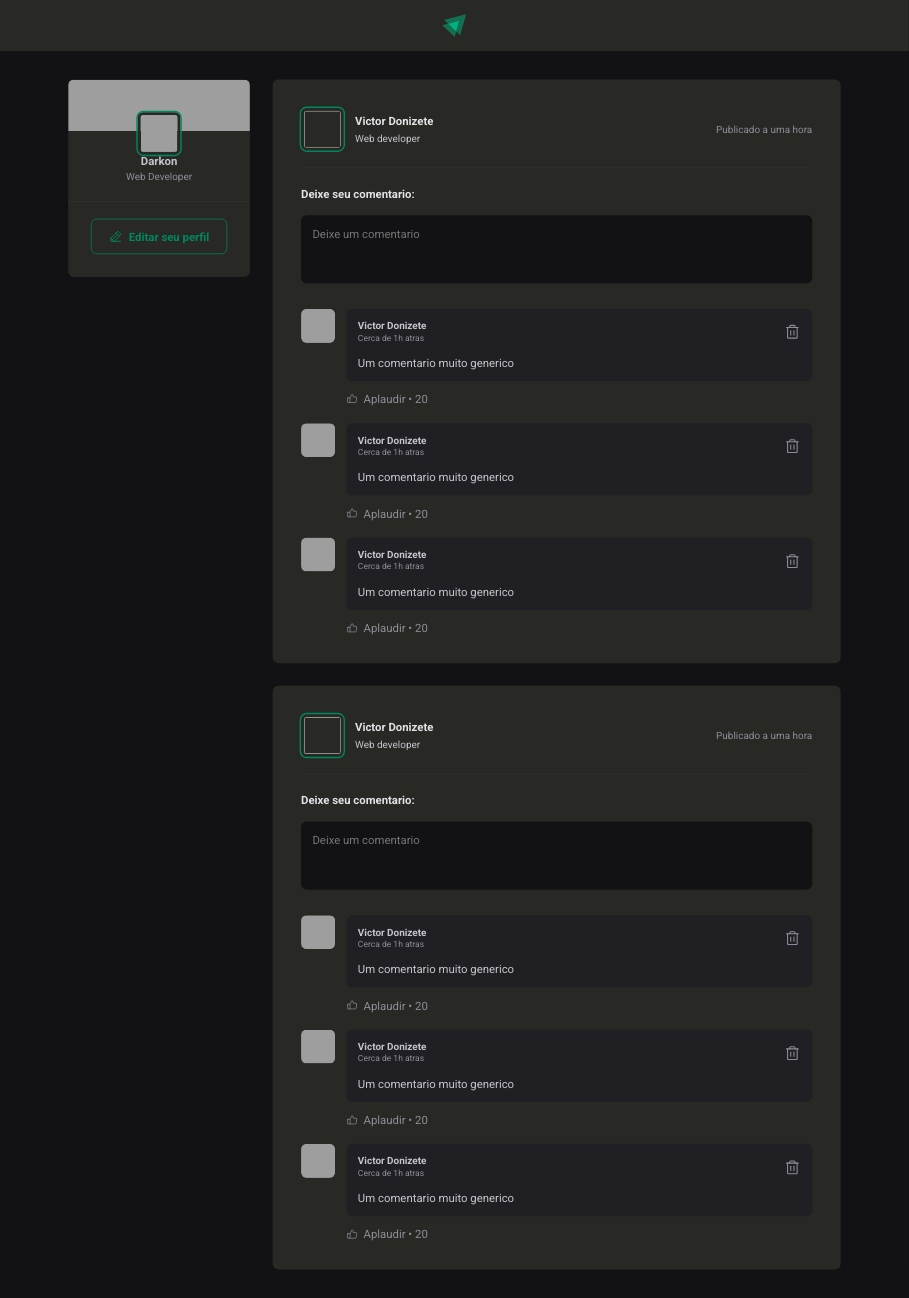
Repository: viviij/PseudoRedeSocial
Page: /
These files come from the project's save history. The page is drawn as it stood at one moment and after the next save; the edit follows.
The browser window is 1280 px wide. The pictures show the whole page, at 71% of full size.
Pictures or frames that could not be fetched are drawn as grey boxes. The project was rebuilt for these pictures with package versions that can differ from the ones it lists, and the page was loaded fresh each time. Also part of the build but not shown: vite.config.js.

Above is the page before, as saved 2022-10-17 14:23:02.

### index.html
<!DOCTYPE html>
<html lang="en">
  <head>
    <meta charset="UTF-8" />
    <link rel="preconnect" href="https://fonts.googleapis.com">
    <link rel="preconnect" href="https://fonts.gstatic.com" crossorigin>
    <link rel="icon" type="image/svg+xml" href="/vite.svg" />
    <meta name="viewport" content="width=device-width, initial-scale=1.0" />
    <link href="https://fonts.googleapis.com/css2?family=Roboto:wght@400;700&display=swap" rel="stylesheet">
    <title>RedeSocial</title>
  </head>
  <body>
    <div id="root"></div>
    <script type="module" src="/src/main.jsx"></script>
  </body>
</html>

### src/App.jsx
import { Header } from "./components/header";
import { Sidebar } from "./components/Sidebar"
import { Post } from "./components/Post"

import styles from "./App.module.css"
import "./global.css"

const posts = [
  {
    id: 1,
    author: {
      avatarUrl: 'https://github.com/viviij.png',
      name: 'Victor Donizete',
      role: 'Vagabundo'
    },
    content: [
      {type: 'paragraph', content:  'In today`s post, we provide an update on the technical investigations we`ve undertaken in  the last year and shar'},
      {type: 'paragraph', content: 'our evolving vision for Hytale. Plus: a peek at the changing face'},
      {type: 'paragraph', content: 'of Orbis, powerful new tools, and more! ☀️'},
      {type: 'link', content: 'https://hytale.com/news/2022/7/summer-2022-development-update'},
    ],
    publishedAt: new Date('2022-10-15 20:00:00'),
  },

  {
    id: 2,
    author: {
      avatarUrl: 'https://github.com/pato.png',
      name: 'Pato Patilino',
      role: 'CEO PatosAFEF'
    },
    content: [
      {type: 'paragraph', content:  'In today`s post, we provide an update on the technical investigations we`ve undertaken in  the last year and shar'},
      {type: 'paragraph', content: 'our evolving vision for Hytale. Plus: a peek at the changing face'},
      {type: 'paragraph', content: 'of Orbis, powerful new tools, and more! ☀️'},
      {type: 'link', content: 'https://hytale.com/news/2022/7/summer-2022-development-update'},
    ],
    publishedAt: new Date('2022-10-17 20:00:00'),
  }
]

export function App() {
  return (
    <div>
      <Header />

      <div className={styles.wrapper}>
        <Sidebar />
        <main>
          {posts.map(post => {
            return (
            <Post
              author={post.author}
              content={post.content}
              publishedAt={post.publishedAt}

            />
          )
          })}
        </main>
      </div>
    </div>
  )
}

### src/components/header.jsx
import styles from "./Header.module.css"

import IgniteLogo from '../assets/IgniteLogo.svg'

export function Header() {
  return (
    <header className={styles.header}>
      <img src={IgniteLogo} alt="Logo da ignite" />
    </header>
  )
}

### src/components/Sidebar.jsx
import styles from "./Sidebar.module.css"
import { PencilLine } from "phosphor-react"
import { Avatar } from "./Avatar"

export function Sidebar() {
  return (
    <aside className={styles.sidebar}>
      <img
        className={styles.cover}
        src="https://images.unsplash.com/photo-1659095579647-7c1bbc73b36f?ixlib=rb-1.2.1&ixid=MnwxMjA3fDB8MHxlZGl0b3JpYWwtZmVlZHw1fHx8ZW58MHx8fHw%3D&auto=format&fit=crop&w=500&q=10" alt="plano de fundo"
      />

      <div className={styles.profile}>
        <Avatar
          src="https://github.com/viviij.png"
          alt="Foto de perfil"
        />

        <strong>Darkon</strong>
        <span>Web Developer</span>
      </div>

      <footer>
        <a
          href="#">
          <PencilLine
            size={20}
          />
          Editar seu perfil
        </a>
      </footer>
    </aside>
  )
}

### src/components/Post.jsx
import { Avatar } from "./Avatar"
import { Comment } from "./Comment"
import styles from "./Post.module.css"

export function Post(props) {
  console.log(props)
  return (
    <article className={styles.post}>
      <header>
        <div className={styles.author}>
          <Avatar src={props.author.avatarURL} alt="Foto do perfil" />
          <div className={styles.authorInfo}>
            <strong>Victor Donizete</strong>
            <span>Web developer</span>
          </div>
        </div>
        <time title="1 de agosto as 00:13h" dateTime="2022-05-11 00:13:46">Publicado a uma hora</time>
      </header>

      <form className={styles.commentForm}>
        <strong>Deixe seu comentario: </strong>

        <textarea
          placeholder="Deixe um comentario"
        />
        <footer>
          <button type="submit">Comentar</button>

        </footer>
      </form>

      <div className={styles.commentList}>
        <Comment />
        <Comment />
        <Comment />
      </div>
    </article>
  )
}

### src/App.module.css
.wrapper {
  max-width: 70rem;
  margin: 2rem auto;
  padding: 0.5rem 1rem;

  display: grid;
  grid-template-columns: 256px 1fr;
  gap: 2rem;
  align-items: flex-start;

}

@media(max-width: 768px) {
  html {
    font-size: 84.375%;
    /*13.5px*/
  }

  .wrapper {
    grid-template-columns: 1fr;
  }
}

### src/global.css
:root {
  --white: #ffffff;

  --gray-100: #e1e1e6;
  --gray-300: #c4c4cc;
  --gray-400: #8d8d99;
  --gray-600: #323238;
  --gray-700: #29292e;
  --grey-750: #202024;
  --gray-800: #282824;
  --gray-900: #121214;

  --green-300: #00B37E;
  --green-500: #00875f;

  --red-500: #F75A68;
}

:focus {
  outline: transparent;
  box-shadow: 0 0 0 2px var(--green-500)
}

* {
  margin: 0;
  padding: 0;
  box-sizing: border-box;
}

body {
  background: var(--gray-900);
  color: var(--gray-300);
  -webkit-font-smoothing: antialiased;
}

body,
input,
textarea,
button {
  font-family: 'Roboto', sans-serif;
  font-weight: 400;
  font-size: 1rem;
}

### src/components/Sidebar.module.css
.sidebar {
  background: var(--gray-800);
  border-radius: 8px;
  overflow: hidden;
}

.cover {
  width: 100%;
  height: 72px;
  object-fit: cover;
}

.profile {
  display: flex;
  flex-direction: column;
  align-items: center;

  margin-top: calc(0px - 1.5rem - 6px);
}


.prfile strong {
  margin: 1rem;
  color: var(--gray-100);
  line-height: 1.6;
}

.profile span {
  font-size: 0.875rem;
  color: var(--gray-400);
  line-height: 1.6;
}

.sidebar footer {
  border-top: 1px solid var(--gray-600);
  margin-top: 1.5rem;
  padding: 1.5rem 2rem 2rem;
}

.sidebar footer a {
  width: 100%;
  background: transparent;
  color: var(--green-500);
  border: 1px solid var(--green-500);
  border-radius: 8px;
  height: 50px;
  padding: 0 1.5rem;
  font-weight: bold;
  display: block;
  text-decoration: none;

  display: flex;
  align-items: center;
  justify-content: center;

  gap: 0.5rem;

  transition: color 0.5s, background-color 0.5s;
}

.sidebar footer a:hover {
  background: var(--green-500);
  color: var(--white)
}

### src/components/Avatar.jsx
import styles from "./Avatar.module.css"

export function Avatar({ hasBorder = true, src }) {
  return (
    <img
      src={src}
      className={hasBorder ? styles.avatarWithBorder : styles.avatar}
    />
  )
}

### src/components/Comment.jsx
import { ThumbsUp, Trash } from "phosphor-react"
import { Avatar } from "./Avatar"
import styles from "./Comment.module.css"

export function Comment() {
  return (
    <div className={styles.comment}>
      <Avatar hasBorder={false} src="https://github.com/viviij.png" alt="Imagem de perfil" />

      <div className={styles.commentBox}>
        <div className={styles.commentContent}>
          <header>
            <div className={styles.authorAndTime}>
              <strong>Victor Donizete</strong>
              <time
                title="1 de agosto as 00:13h"
                dateTime="2022-05-11 00:13:46">Cerca de 1h atras
              </time>
            </div>

            <button title="deletar comentario">
              <Trash size={24} />
            </button>
          </header>

          <p>Um comentario muito generico</p>
        </div>

        <footer>
          <button>
            <ThumbsUp />
            Aplaudir <span>20</span>
          </button>
        </footer>
      </div>
    </div>
  )
}

### src/components/Post.module.css
.post {
  background: var(--gray-800);
  border-radius: 8px;
  padding: 2.5rem;
}

.post+.post {
  margin-top: 2rem;
}

.content {
  line-height: 1.6;
  color: var(--gray-300);
  margin-top: 1.5rem;
}

.content p {
  margin-top: 1rem;
}

.content a {
  font-weight: bold;
  color: var(--gray-500);
  text-decoration: none;
}

.content a:hover {
  color: var(--green-300);
}

.post>header {
  display: flex;
  align-items: center;
  justify-content: space-between;
}

.post>header time {
  font-size: 0.875rem;
  color: var(--gray-400);
}

.author {
  display: flex;
  align-items: center;
  gap: 1rem;
}

.author img {
  width: calc(3rem + 12px);
  height: calc(3rem + 12px);
  border-radius: 8px;
  border: 4px solid var(--gray-800);
  outline: 2px solid var(--green-500);
}

.authorInfo strong {
  display: block;
  color: var(--gray-100);
  line-height: 1.6;
}

.authorInfo span {
  display: block;
  font-size: 0.875rem;
  color: var(--grey-400);
  line-height: 1.6;
}

.commentForm {
  width: 100%;
  margin-top: 1.5rem;
  padding-top: 1.5rem;
  border-top: 1px solid var(--gray-600);
}

.commentForm>strong {
  line-height: 1.6;
  color: var(--gray-100);
}

.commentForm textarea {
  width: 100%;
  background: var(--gray-900);
  border: 0;
  resize: none;
  height: 6rem;
  padding: 1rem;
  border-radius: 8px;
  color: var(--gray-100);
  line-height: 1.4;
  margin-top: 1rem;
}

.commentForm footer {
  visibility: hidden;
  max-height: 0;

}

.commentForm:focus-within footer {
  visibility: visible;
  max-height: none;
  transition: 1s;
}

.commentForm button[type=submit] {
  padding: 1rem 1.5rem;
  margin-top: 1rem;
  border-radius: 8px;
  border: 0;
  background: var(--green-500);
  color: var(--white);
  font-weight: bold;
  cursor: pointer;

  transition: background-color 0.5s;
}

.commentForm button[type=submit]:hover {
  background: var(--green-300);
}

.commentList {
  margin-top: 2rem;
}

### src/components/Comment.module.css
.comment {
  margin-top: 1.5rem;
  display: flex;
  gap: 1rem;
}



.commentBox {
  flex: 1;
}

.commentContent {
  background: var(--grey-750);
  border-radius: 8px;
  padding: 1rem;
}

.commentContent header {
  display: flex;
  align-items: center;
  justify-content: space-between;
}

.authorAndTime strong {
  display: block;
  font-size: 0.875rem;
  justify-content: space-between;
}

.authorAndTime time {
  display: block;
  font-size: 0.75rem;
  line-height: 1.6;
  color: var(--gray-400);
}

.commentContent header button {
  background: transparent;
  border: 0;
  color: var(--gray-400);
  cursor: pointer;
  line-height: 0;
  border-radius: 2px;
}

.commentContent header button:hover {
  color: var(--red-500);
}

.commentContent p {
  margin-top: 1rem;
  color: var(--grey-300);
}

.commentBox footer {
  margin-top: 1rem;
}

.commentBox footer button {
  background: transparent;
  border: 0;
  color: var(--gray-400);
  cursor: pointer;

  display: flex;
  align-items: center;

  border-radius: 2px;
}

.commentBox footer button:hover {
  color: var(--green-300);
}

.commentBox footer button svg {
  margin-right: 0.5rem;
}

.commentBox footer button span::before {
  padding: 0.25rem;
  content: "\2022";
}

Loaded but not shown: src/main.jsx (common file); src/components/Header.module.css (common file); src/components/Avatar.module.css (common file)

After the next save:
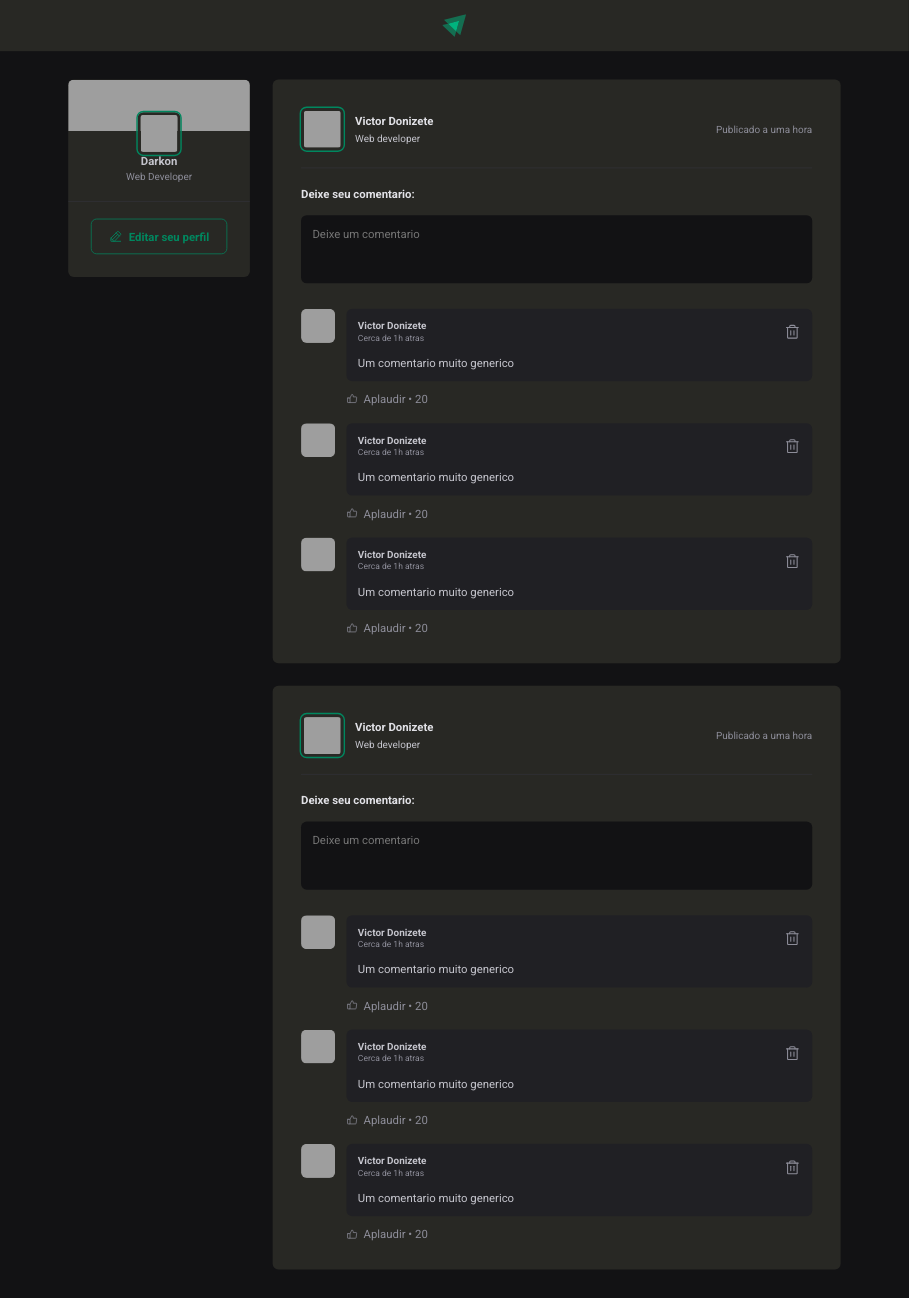
Saved 45 s later.
--- a/src/components/Post.jsx
+++ b/src/components/Post.jsx
@@ -8,7 +8,7 @@ export function Post(props) {
     <article className={styles.post}>
       <header>
         <div className={styles.author}>
-          <Avatar src={props.author.avatarURL} alt="Foto do perfil" />
+          <Avatar src={props.author.avatarUrl} alt="Foto do perfil" />
           <div className={styles.authorInfo}>
             <strong>Victor Donizete</strong>
             <span>Web developer</span>
